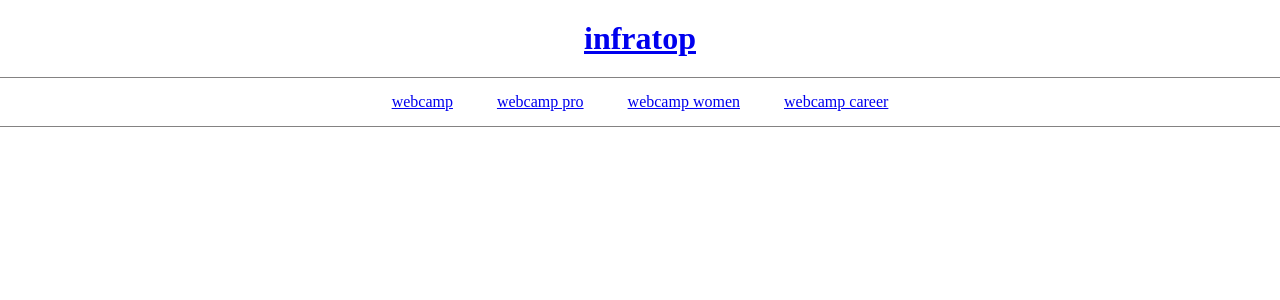
Repository: pooh0721/-
Page: chapter5/index.html
The author's editor kept a record of every edit. The page is drawn from the files as they stood at one moment, then again after the next edit.
The browser window is 1280 px wide. The pictures show the whole page.

Above is the page before.

After the next edit:
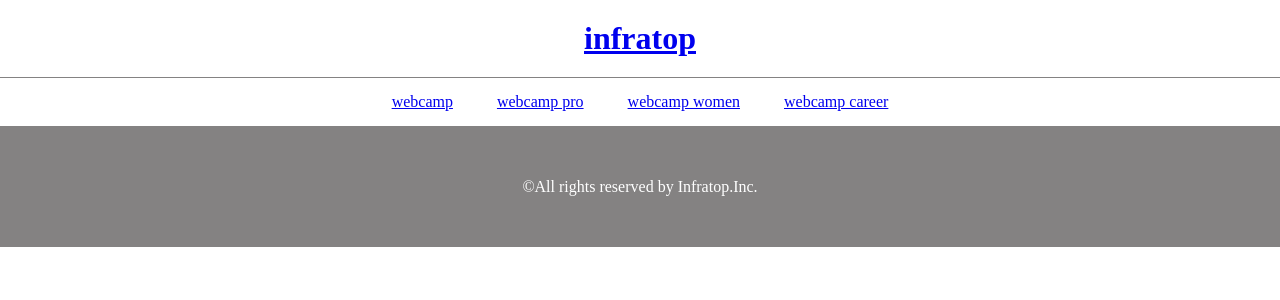
The edit:
--- a/chapter5/index.html
+++ b/chapter5/index.html
@@ -33,5 +33,11 @@
       </nav>
 
 
+      <footer>
+        <p class="footer-text"> ©All rights reserved by Infratop.Inc.</p>
+      </footer>
     </body>
-  </head>
+
+
+
+  <html>
